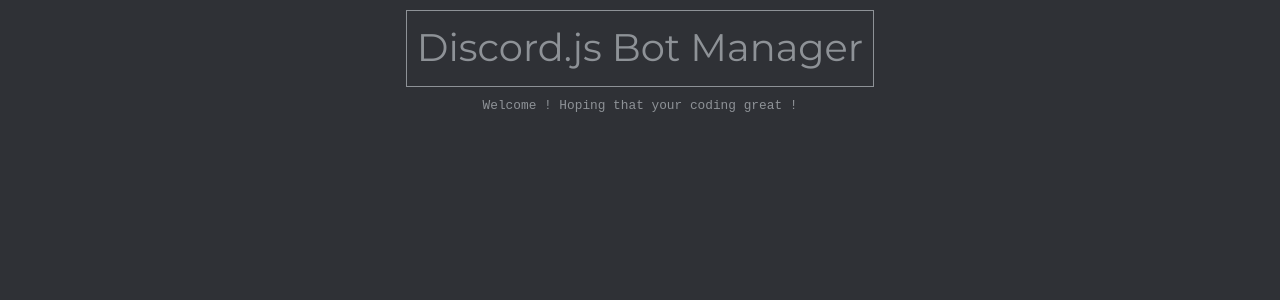
Repository: O-Schell/Discord-Bot-Manager
Page: Web_Interface/main.HTML
The author's editor kept a copy of each file at every save. The page is drawn from the files as they stood at one save, then again after the next save.
The browser window is 1280 px wide. The pictures show the whole page.
The style sheet was rebuilt from its Sass, Less or Tailwind sources for each picture, by a compiler version that may differ from the author's.

Above is the page before, as saved 2020-11-24 22:42:38.

### Web_Interface/main.HTML
<!DOCTYPE html>
<html lang="fr">

<head>
  <meta charset="utf-8" />
  <title>Bot Manager</title>
  <link rel="stylesheet" href="style.css" />
  <!--<script src="script.js"></script>-->
</head>

<body>
  <div class="container">
    <div class="center-div">
      <div class="center-text">
        <div class="title">
          Discord.js Bot Manager
        </div>
      </div>
    </div>
    <div class="center-div">
      <div class="center-text">
        <div class="undertitle">
          Welcome ! Hoping that your coding great !
        </div>
      </div>
    </div>
  </div>

</body>

</html>

### Web_Interface/style.scss
@import url("https://fonts.googleapis.com/css?family=Montserrat:400,700&display=swap");
@import url("https://unpkg.com/bootstrap@3.3.7/dist/css/bootstrap.min.css");

$mainC: #2f3136;
$secC: #8e9297;

body {
  background: $mainC;
}

.center-div {
  display: flex;
  justify-content: center;
}

.center-text {
  display: flex;
  justify-content: center;
}

.title {
  margin: 10px;
  padding: 10px 10px;
  font-size: 3vw;
  font-family: "Montserrat";
  color: $secC;
  border-style: solid;
  border-width: 1.5px;
  border-color: $secC;
  transition: color 400ms ease-out;

}

.title:hover {
  color: $mainC;
  cursor: pointer;
}

.undertitle {
  font-size: 1vw;
  font-family: 'Courier New', Courier, monospace;
  color: $secC;
  transition: color 400ms ease-in-out;
}

.undertitle:hover {
  color: $mainC;
  cursor: pointer;
}

After the next save:
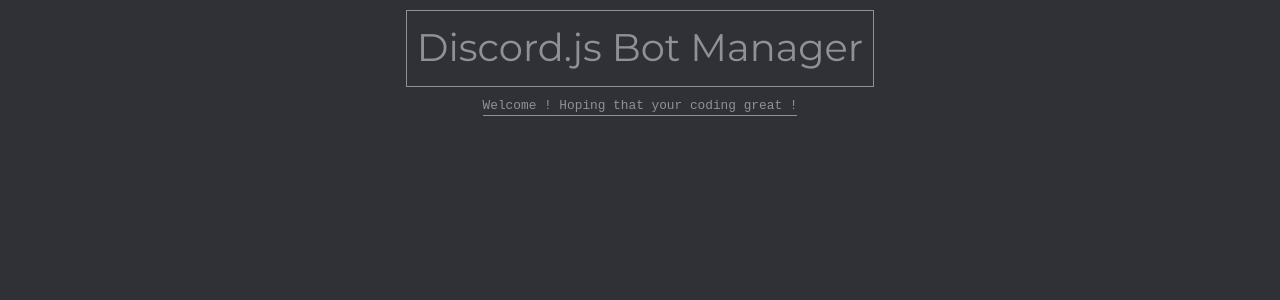
Saved 3 min 37 s later.
--- a/Web_Interface/style.scss
+++ b/Web_Interface/style.scss
@@ -40,6 +40,7 @@
   font-size: 1vw;
   font-family: 'Courier New', Courier, monospace;
   color: $secC;
+  border-bottom: solid 1.5px $secC ;
   transition: color 400ms ease-in-out;
 }
 
